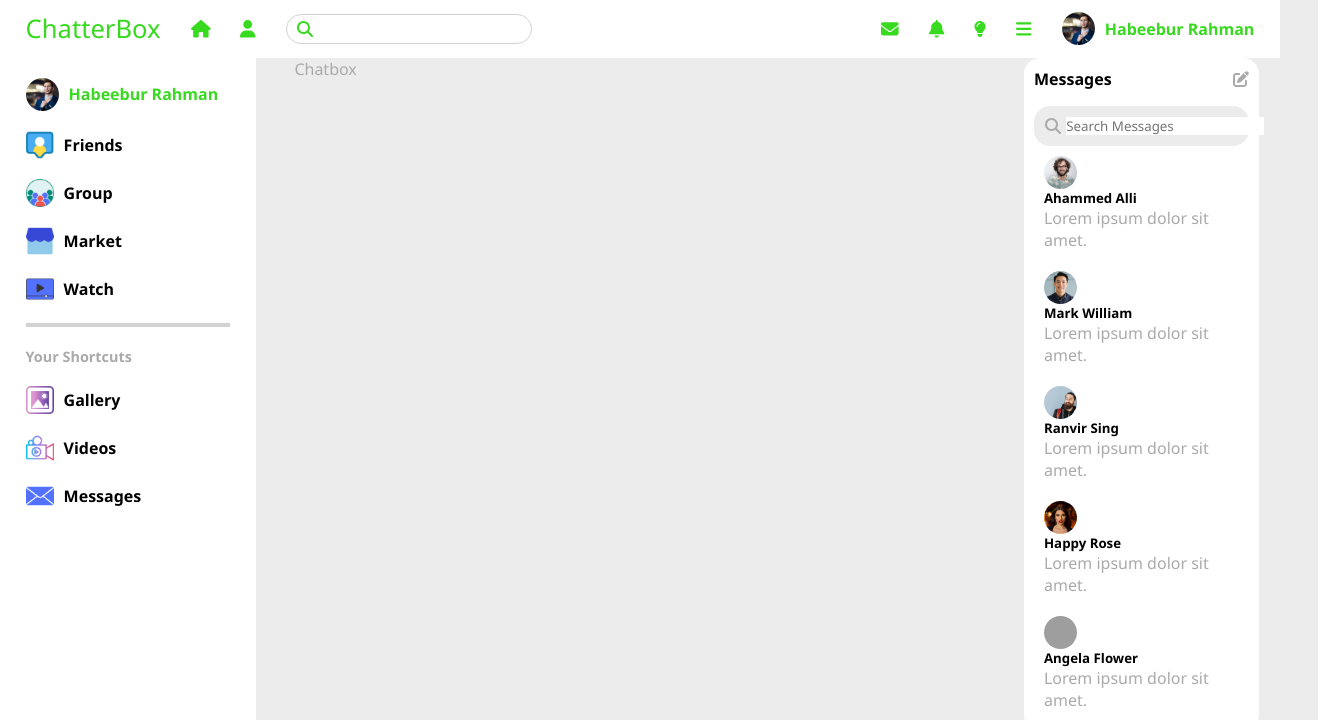
Repository: Habeebur1493/social-media-app
Page: /chatbox/id
An editor plug-in stored every save of this project. The page is shown before and after the next save, followed by the edit.
The browser window is 1280 px wide. The page is 1318 px wide, so the pictures cover 1318 px, including what lies to the right of the window. The pictures show the whole page.
Pictures or frames that could not be fetched are drawn as grey boxes. The project was rebuilt for these pictures with package versions that can differ from the ones it lists, and the page was loaded fresh each time. Also part of the build but not shown: vite.config.js, src/pages/login/login.css, src/pages/login/Login.jsx, src/pages/signup/signup.css, src/pages/signup/Signup.jsx, src/pages/home/Home.jsx, src/pages/profile/Profile.jsx.

Above is the page before, as saved 2025-01-29 11:44:21.

### src/App.jsx
import './App.css'
import Layout from './Layout/layout'

function App() {

  return (
    <>
      <Layout />

    </>
  )
}

export default App

### src/App.css
*{
  margin: 0;
  padding: 0;
  box-sizing: border-box;
  text-align: none;
  list-style: none;
  font-family: 'Segoe UI', Tahoma, Geneva, Verdana, sans-serif;
  text-decoration: none;
  outline: none;
  border: none;
}

:root{
  --color-primary:#37da1e;
  --text-color: black;
  --color-bg:rgb(236, 236, 236);
  --color-card: white;
  --color-soft:#aaaaaa;
  --color-border:lightgray;
  --color-red:red;
}

.darkmode{
  --text-color: white;
  --color-bg:black;
  --color-card:#111111;

}

body{
  overflow-x: hidden;
}

.container{
  max-width: 991px;
  width: 100%;
  margin: 0 auto;
}
h1,h2,h3,h4,h5{
  font-weight: 600;
  color: var(--text-color);
}
img{
  width: 100%;
  display: block;
  object-fit: cover;
}
.user{
  display: flex;
  align-items: center;
  gap: 10px;
}
.user img{
  width: 33px;
  aspect-ratio: 1/1;
  border-radius: 50%;
}
.user h4{
  color: var(--color-primary)
}
body{
  background: var(--color-bg);
  color: var(--color-soft);
}
small,p{
  color: var(--color-soft);
}
.btn{
  padding: .6rem 1.6rem;
  display: inline-block;
  width: fit-content;
  cursor: pointer;
  border-radius: .5rem;
  font-size: .9rem;
  font-weight: 500;
  border: none;
  transition: .3s ease;

}
.btn:hover{
  opacity: .7;
}
.btn-primary{
  background: var(--color-primary);
  color: white;
}

.btn-red{
  background: var(--color-red);
  color: white;
}

main{
  display: grid;
  grid-template-columns: 20% 54% 23%;
  gap: 3%;
  width: 100%;
}

### src/Layout/layout.jsx
import React from 'react'

import { createBrowserRouter, Outlet, RouterProvider } from 'react-router-dom'

//Pages.....
import Login from '../pages/login/Login'
import Signup from '../pages/signup/Signup'
import Home from '../pages/home/Home'
import Profile from '../pages/profile/Profile'
import Chatbox from '../pages/chatbox/Chatbox'


//Components.....
import Nav from '../components/nav/Nav'
import LeftBar from '../components/leftbar/LeftBar'
import RightBar from '../components/rightbar/RightBar'

export default function layout() {

//Feed..........
const Feed = () => {
    return (
        <>
        <Nav/>
            <main>
                <LeftBar/>
                <div className="container">
                    <Outlet/>
                </div>
                <RightBar/>
            </main>
        </>
    )
}


    //Router..........
    const router = createBrowserRouter([
        {
            path : '/',
            element : <Feed/>,
            children: [
                {
                    path : '/',
                    element :<Home/>
                },
                {
                    path : '/profile/:id',
                    element :<Profile/>
                },
                {
                    path : '/chatbox/:id',
                    element :<Chatbox/>
                },
               ]
        },

        {
            path : '/login',
            element : <Login/>
        },
        {
            path : '/signup',
            element : <Signup/>
        },
    ])


    return (
        <>
            <RouterProvider router={router} />
        </>
    )
}

### src/pages/chatbox/Chatbox.jsx
import React from 'react'

export default function Chatbox(){
  return (
    <div>
        Chatbox
    </div>
  )
}

### src/components/nav/Nav.jsx
import React from 'react'
import './nav.css'
import { Link } from 'react-router-dom'

//Fake API............

import CurrentUser from '../../FackApis/CurrentUserData'

//Components............

import Darkmode from '../darkmod/Darkmode'

// FontAwesome Icons............
import { FontAwesomeIcon } from '@fortawesome/react-fontawesome'
import { faSearch, faHome, faUser, faEnvelope, faBell, faBars } from '@fortawesome/free-solid-svg-icons'


export default function Nav() {
  return (
    <nav>
      <div className="nav-container">
        {/* ............Nav Left........ */}
        <div className="nav-left">
          <Link to='/'>
            <h3 className='logo'>ChatterBox</h3>
          </Link>
          <Link to='/'>
            <FontAwesomeIcon icon={faHome}/>
          </Link>
          <Link to='/profile/id'>
            <FontAwesomeIcon icon={faUser}/>
          </Link>
          <div className="Nav-Searchbar">
            <FontAwesomeIcon icon={faSearch}/>
            <input type="search" />
          </div>
        </div>
{/* ............Nav Right........ */}
        <div className="nav-right">
          <Link to='/chatbox/id'>
            <FontAwesomeIcon icon={faEnvelope}/>
          </Link>
          <Link to='/'>
            <FontAwesomeIcon icon={faBell}/>
          </Link>
          <Darkmode/>
          <Link to='/'>
            <FontAwesomeIcon icon={faBars}/>
          </Link>
          <div className="user">
            <img src={CurrentUser.map(user => (user.ProfieImage))} alt="" />
            <h4>Habeebur Rahman</h4>
          </div>
        </div>
      </div>
    </nav>
  )
}

### src/components/leftbar/LeftBar.jsx
import React from 'react'
import './leftbar.css'
import { Link } from 'react-router-dom'


//Components.......
import CurrentUser from '../../FackApis/CurrentUserData'

//Icon Image......
import Friend from '../../assets/icon/1.png'
import Group from '../../assets/icon/2.png'
import Market from '../../assets/icon/3.png'
import Watch from '../../assets/icon/4.png'
import Gallery from '../../assets/icon/5.png'
import Videos from '../../assets/icon/6.png'
import Messages from '../../assets/icon/7.png'

export default function LeftBar() {
  return (
    <div className='leftbar'>
      <div className="left-container">
        <div className="menu">
          <Link to='/profile/id'>
          <div className="user">
            <img src={CurrentUser.map(user=>(user.ProfieImage))} alt="" />
            <h4>Habeebur Rahman</h4>
          </div>
          </Link>
          <Link to='/'>
          <div className="item">
            <img src={Friend} alt="" />
            <h4>Friends</h4>
          </div>
          </Link>
          <Link to='/'>
          <div className="item">
            <img src={Group} alt="" />
            <h4>Group</h4>
          </div>
          </Link>
          <Link to='/'>
          <div className="item">
            <img src={Market} alt="" />
            <h4>Market</h4>
          </div>
          </Link>
          <Link to='/'>
          <div className="item">
            <img src={Watch} alt="" />
            <h4>Watch</h4>
          </div>
          </Link>

        </div>
          <hr />
        <div className="menu">
          <h4 className='others'>Your Shortcuts</h4>
          <Link to='/'>
          <div className="item">
            <img src={Gallery} alt="" />
            <h4>Gallery</h4>
          </div>
          </Link>
          <Link to='/'>
          <div className="item">
            <img src={Videos} alt="" />
            <h4>Videos</h4>
          </div>
          </Link>
          <Link to='/'>
          <div className="item">
            <img src={Messages} alt="" />
            <h4>Messages</h4>
          </div>
          </Link>
        </div>
      </div>
    </div>
  )
}

### src/components/rightbar/RightBar.jsx
import React from 'react'
import './rightbar.css'

//Components.......
import Message from '../message/Message'
import FriendReq from '../friendReq/FriendReq'


export default function RightBar() {
  return (
    <div className='rightbar'>
      <div className="rightbar-container">
        <Message/>
        <FriendReq/>
      </div>
    </div>
  )
}

### src/components/nav/nav.css
nav{
    height: 3.6rem;
    display: flex;
    align-items: center;
    justify-content: center;
    border-bottom: 1px solid var (--color-border);
    color: var(--color-primary);
    position: sticky;
    z-index: 10;
    background: var(--color-card);
    top: 0;
}

.nav-container{
    width: 96%;
    display: flex;
    align-items: center;
    justify-content: space-between;
}
.nav-container a{
    color: var(--color-primary);
    font-size: 1.1rem;
}
.nav-left{
    display: flex;
    align-items: center;
    gap: 30px
}

.logo{
    color: var(--color-primary);
    font-size: 1.6rem;
    font-weight: 400;
}

.Nav-Searchbar{
    display: flex;
    align-items: center;
    gap: 10px;
    border: 1px solid var(--color-border);
    border-radius: 2rem;
    padding: 5px 10px;
}

.Nav-Searchbar input{
    background: transparent;
    color: var(--color-primary);
}
.nav-right{
    display: flex;
    align-items: center;
    gap: 30px;
}

/* Media Queries */

@media(max-width: 768px) {
     nav .user{
        display: none;
     }
     .nav-container a{
        font-size: 1rem;
     }
     .nav-container .logo{
        font-size: 1.3rem;
     }
     .Nav-Searchbar{
        border: none;
        padding: 0;
     }
     .Nav-Searchbar input{
        display: none;
     }
     .nav-left, .nav-right{
        gap: 20px;
     }
}

### src/FackApis/CurrentUserData.js

import ProfieImage from '../assets/img/CurentProfile.jpeg';
import CoverPhoto from '../assets/img/CoverPhotos.jpg';

const CurrentUser = [
    {
        id: 'me',
        name : 'Habeebur Rahman',
        username: '@theHabeebur',
        ProfieImage: ProfieImage,
        CoverPhoto: CoverPhoto
    }
];

export default CurrentUser;

### src/components/darkmod/Darkmode.jsx
import React from 'react'
import './darkmode.css'


// FontAwesome Icon........


import { FontAwesomeIcon } from '@fortawesome/react-fontawesome'
import { faLightbulb } from '@fortawesome/free-solid-svg-icons'

export default function Darkmode() {

  const Darkmode = () => {
    document.querySelector('body').classList.toggle('darkmode');
  }
  return (
    <div className='dark-mood-icon'>
        <FontAwesomeIcon icon={faLightbulb}
        onClick={Darkmode} />
    </div>
  )
}

### src/components/leftbar/leftbar.css
.leftbar{
    position: sticky;
    top: 3.6rem;
    background: var(--color-card);
    height: calc(100vh -3.6rem);
    overflow: auto;
}
.leftbar::-webkit-scrollbar{
    display: none;
}
.left-container{
    width: 80%;
    margin: 0 auto;
}
.left-container .user{
    margin-top: 20px;
}

.left-container .item{
    display: flex;
    align-items: center;
    gap: 10px;
    margin: 20px 0;
}
.left-container .item img{
    width: 28px;
}

hr{
    background: var(--color-border);
    border: none;
    height: 4px;
    margin-bottom: 20px;
}
.others{
    color: var(--color-soft);
    font-size: .9rem;
}

/* Media Quries */

@media (max-width: 1024px){
    .left-container{
        width: fit-content;
    }
    .left-container h4{
        display: none;
    }
}

@media (max-width:991px){
    .leftbar{
        display: none;
    }
}

### src/components/rightbar/rightbar.css
.rightbar{
    height: calc(100vh - 3.6rem);
    /* background: var(--color-card); */
    position: sticky;
    top: 3.6rem;
    overflow: auto;
}

.rightbar::-webkit-scrollbar{
    display: none;
}
.rightbar-container{
    width: 80%;
}

### src/components/message/Message.jsx
import React from 'react'
import { Link } from 'react-router-dom'

import './message.css'

//Fack Api.............

import MessageData from '../../FackApis/MessageData'

// Font Awesome Icons............

import { FontAwesomeIcon } from '@fortawesome/react-fontawesome'
import { faSearch, faHome, faUser, faEnvelope, faBell, faBars, faEdit } from '@fortawesome/free-solid-svg-icons'

export default function Message() {
  return (
    <div className='message'>
      <div className="message-top">
        <h4>Messages</h4>
        <FontAwesomeIcon icon={faEdit}/>
      </div>
      <div className="message-search">
        <FontAwesomeIcon icon={faSearch}/>
        <input type="search" placeholder='Search Messages'/>
      </div>
      <div className="border-div"></div>

      {
        MessageData.map((message) => (
          <Link to='/chatbox/id'>
            <div className="message" key={message.id}>
              <div className="user">
                <img src={message.img} alt="" />
                <div className="green-active"></div>
              </div>
              <div className="message-body">
                <h5>{message.name}</h5>
                <p>{message.mText}</p>
              </div>
            </div>
          </Link>
        ))
      }
    </div>
  )
}

### src/components/friendReq/FriendReq.jsx
import React from 'react'

export default function FriendReq() {
  return (
    <div>FriendReq</div>
  )
}

### src/components/darkmod/darkmode.css
.dark-mood-icon:{
    transition: .3s ease;
}

.dark-mood-icon:hover{
    transform: scale(1.2);

}

### src/components/message/message.css
.message{
    background: var(--color-card);
    margin: ;
    border-radius: 1rem;
    padding: 10px;
}

.message-top{
    display: flex;
    align-items: center;
    justify-content: space-between;
    margin-bottom: 1rem;
}

.message-search{
    background: var(--color-bg);
    display: flex;
    gap: 5px;
    align-items: center;
    border-radius: 1rem;
    padding: .7rem;
}

### src/FackApis/MessageData.js

import MeessageImage1 from '../assets/img/MessageProfile1.png'
import MeessageImage2 from '../assets/img/MessageProfile2.jpg'
import MeessageImage3 from '../assets/img/MessageProfile4.jpg'
import MeessageImage4 from '../assets/img/MessageProfile5.jpg'
import MeessageImage5 from '../assets/img/MessageProfile6.jpg'


const Messages =[
    {
        id: 1,
        name: 'Ahammed Alli',
        img: MeessageImage1,
        mText: 'Lorem ipsum dolor sit amet.'
    },
    {
        id: 2,
        name: 'Mark William',
        img: MeessageImage2,
        mText: 'Lorem ipsum dolor sit amet.'
    },
    {
        id: 3,
        name: 'Ranvir Sing',
        img: MeessageImage3,
        mText: 'Lorem ipsum dolor sit amet.'
    },
    {
        id: 4,
        name: 'Happy Rose',
        img: MeessageImage4,
        mText: 'Lorem ipsum dolor sit amet.'
    },
    {
        id: 5,
        name: 'Angela Flower',
        img: MeessageImage5,
        mText: 'Lorem ipsum dolor sit amet.'
    },
];


export default Messages;

Loaded but not shown: index.html (common file); src/main.jsx (common file)

After the next save:
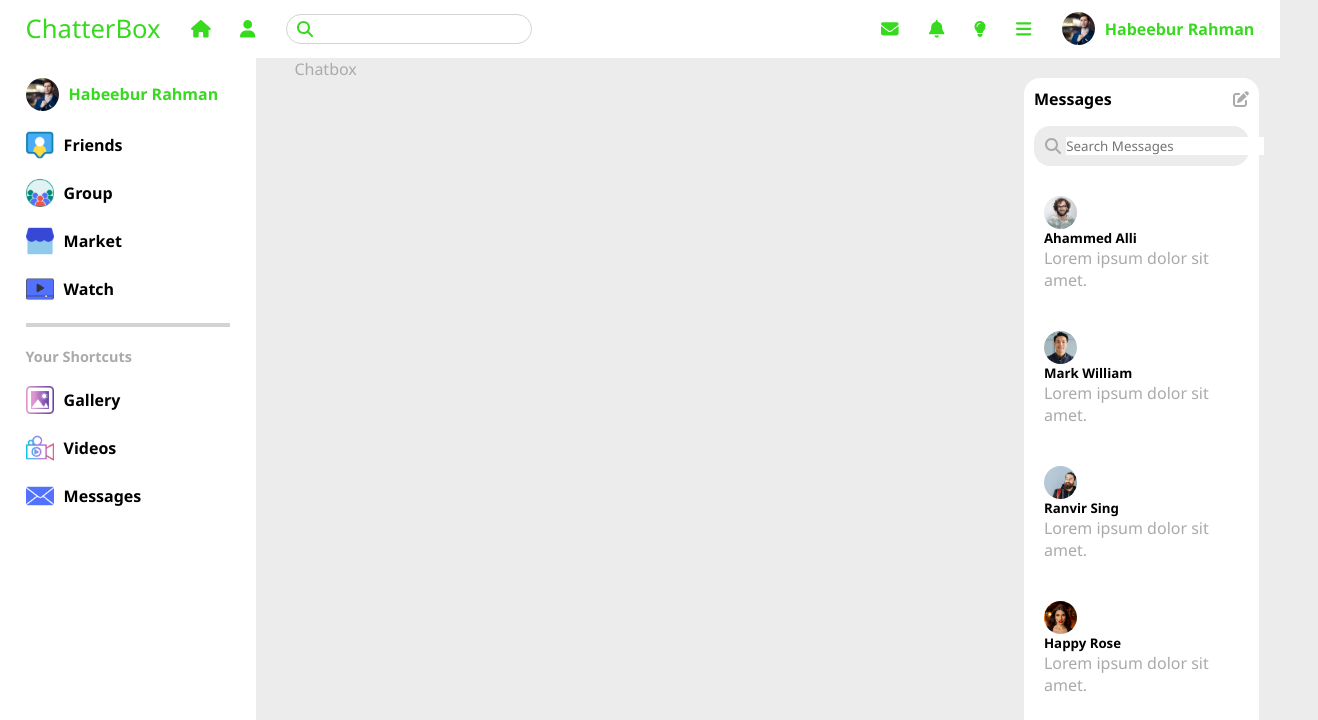
Saved 39 s later.
--- a/src/components/message/message.css
+++ b/src/components/message/message.css
@@ -1,6 +1,6 @@
 .message{
     background: var(--color-card);
-    margin: ;
+    margin: 20px 0;
     border-radius: 1rem;
     padding: 10px;
 }

After the 2 saves that followed:
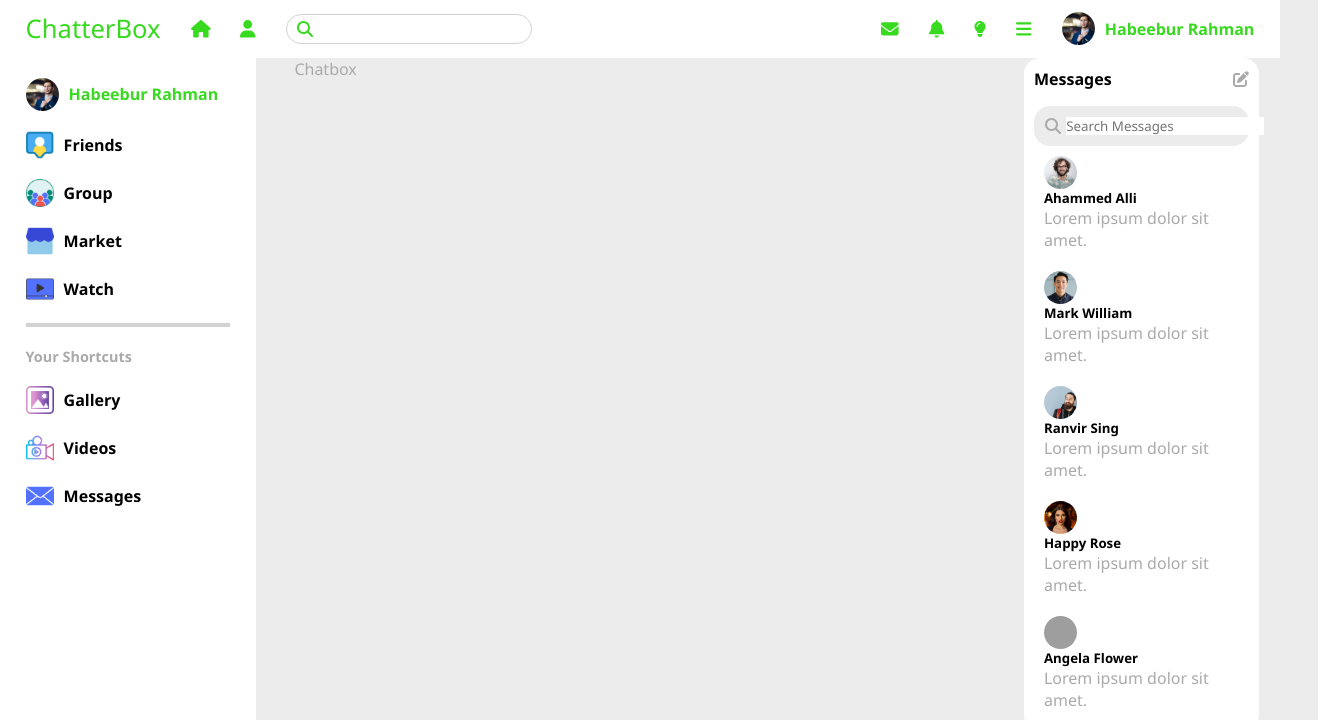
The 2 saves are shown as one change because 1 left the picture as it was.
The last was saved 14 s later.
--- a/src/components/message/message.css
+++ b/src/components/message/message.css
@@ -1,6 +1,6 @@
 .message{
     background: var(--color-card);
-    margin: 20px 0;
+    margin: 0px auto;
     border-radius: 1rem;
     padding: 10px;
 }
